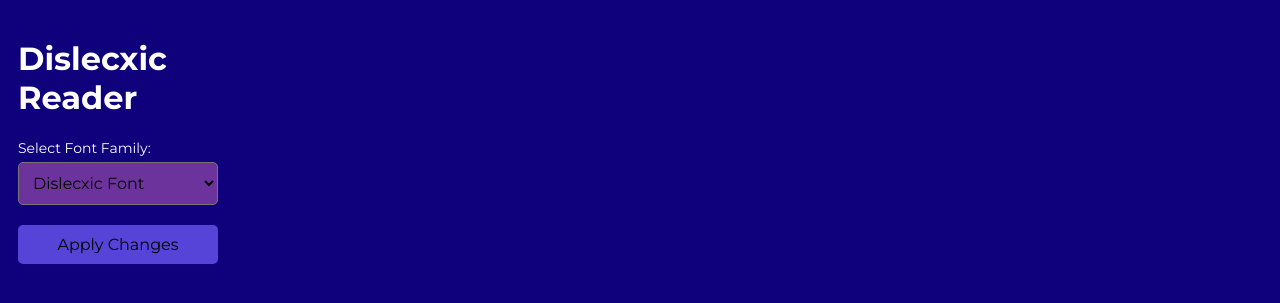
Repository: adatechschool/extension-navigateur-extension_walid_eliana_imelda
Page: Extention 3/popup.html
The author's editor kept a copy of each file at every save. The page is drawn from the files as they stood at one save, then again after the next save.
The browser window is 1280 px wide. The pictures show the whole page.

Above is the page before, as saved 2024-01-12 16:08:55.

After the next save:
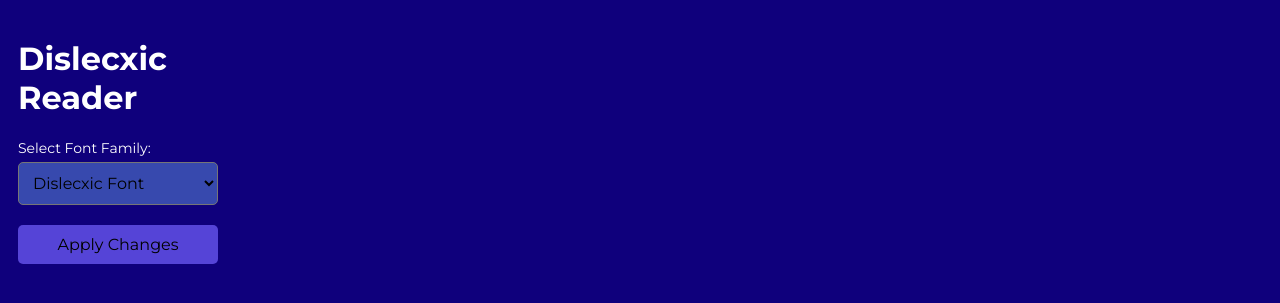
Saved 74 s later.
--- a/Extention 3/popup.css
+++ b/Extention 3/popup.css
@@ -19,7 +19,7 @@ body {
     margin-bottom: 20px;
     padding: 10px;
     font-size: 16px;
-    background-color:#6c339c;
+    background-color:#3749ae;
     border-radius: 5px;
     font-family: Montserrat;
   }
